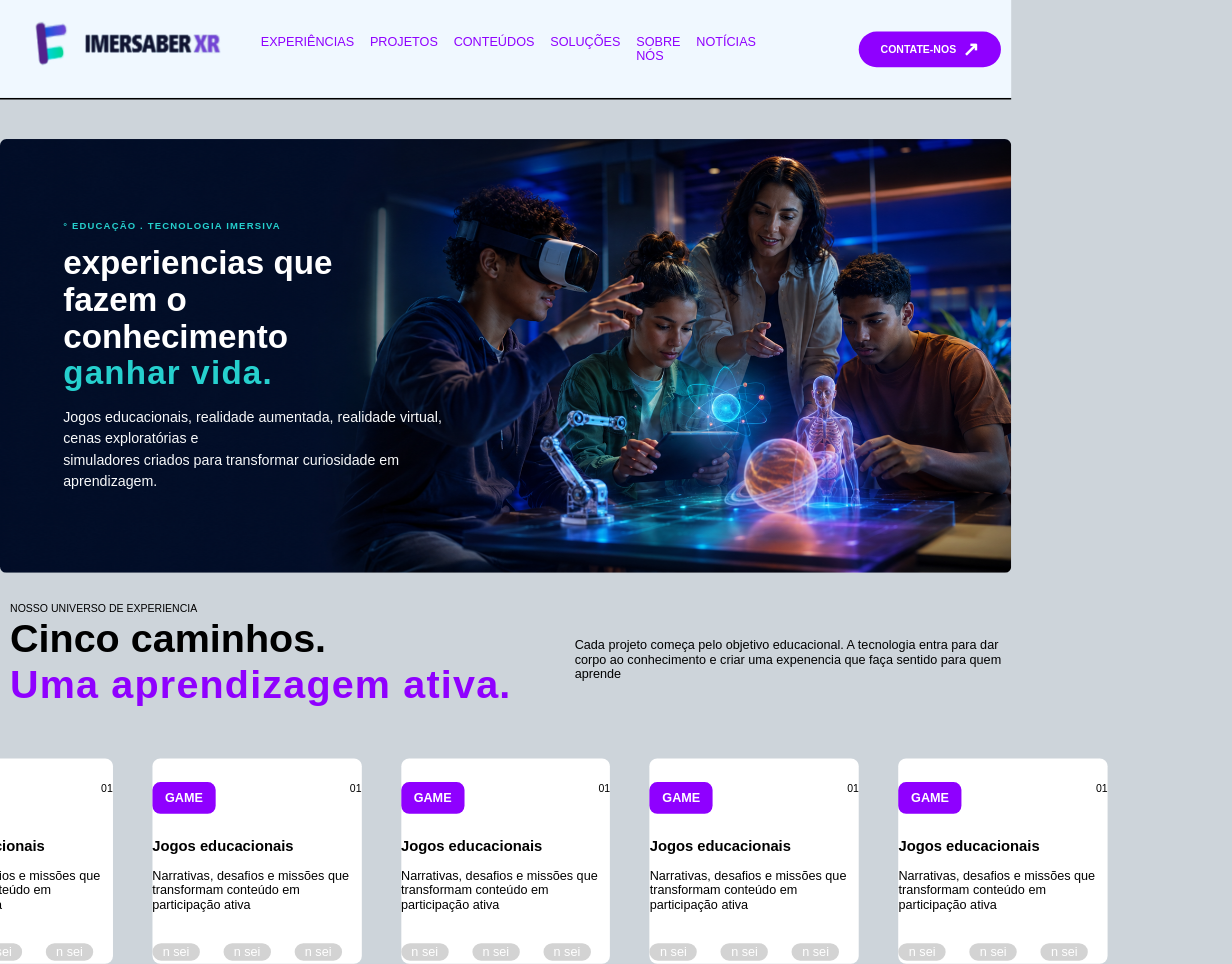
Repository: antonymsantana-design/Avaliacao.Parte.01
Page: html/index.html
These files come from the project's save history. The page is drawn as it stood at one moment and after the next save; the edit follows.
The browser window is 1280 px wide. The page is 1402 px wide, then 1559 px, then 1402 px, so the pictures cover 1559 px, including what lies to the right of the window. The pictures show the whole page, at 79% of full size.

Above is the page before, as saved 2026-08-29 18:30:56.

### html/index.html
<!DOCTYPE html>
<html lang="pt-br">

<head>
    <meta charset="UTF-8">
    <meta name="viewport" content="width=device-width, initial-scale=1.0">
    <title>avaliação </title>
    <link rel="stylesheet" href="../css/Style.css">
</head>
<header>
    <div class="conteudoH" id="conteudoH">
        <div class="imagem" id="imagem">
            <img src="../images/Design sem nome.png" alt="logo" class="logoIMG" id="logoIMG">
        </div>
        <div class="links" id="links">
            <a href="#">EXPERIÊNCIAS</a>
            <a href="#">PROJETOS</a>
            <a href="#">CONTEÚDOS</a>
            <a href="#">SOLUÇÕES</a>
            <a href="#">SOBRE NÓS</a>
            <a href="#">NOTÍCIAS</a>
        </div>
        <div class="btnDiv" id="btnDiv">
            <button class="btn" id="btn">
                <div class="btnTxt" id="btnTxt">
                    <p>CONTATE-NOS</p>
                </div>
                <div class="emoji" id="emoji">
                    <p>↗</p>
                </div>
            </button>
        </div>
    </div>
</header>

<body>


    <div class="conteudoBanner">
        <img src="../images/hero-banner-imersaber.png" alt="banner">
        <div class="txtBanner" id="txtBanner">
            <span>° EDUCAÇÃO . TECNOLOGIA IMERSIVA</span>
            <h1>experiencias que <br> fazem o <br> conhecimento <br> <span class="spn">ganhar vida. </span></h1>
            <p>Jogos educacionais, realidade aumentada, realidade virtual, cenas exploratórias e<br>
                simuladores criados para transformar curiosidade em aprendizagem.</p>
        </div>
    </div>

    <BR></BR>

    <div class="titulo" id="titulo">
        <div class="eTitulo">
            <small>NOSSO UNIVERSO DE EXPERIENCIA</small>
            <h1 class="eH1">Cinco caminhos. <br>
                <span>Uma aprendizagem ativa.</span>
            </h1>
        </div>
        <div class="dTitulo">
            <p>Cada projeto começa pelo objetivo educacional. A tecnologia entra para dar <br> corpo ao conhecimento e
                criar uma expenencia que faça sentido para quem <br> aprende</p>
        </div>
    </div>

    <div class="cards">

        <div class="card1">
            <div class="cima">
                <p>GAME</p>
                <small>01</small>
            </div>
            <div class="meio">
                <h3>
                    Jogos educacionais
                </h3> <br>
                <p>Narrativas, desafios e missões que transformam conteúdo em participação ativa</p>
            </div>
            <div class="baixo">
                <p> n sei</p>
                <p> n sei</p>
                <p> n sei</p>
            </div>
        </div>

        <div class="card1">
            <div class="cima">
                <p>GAME</p>
                <small>01</small>
            </div>
            <div class="meio">
                <h3>
                    Jogos educacionais
                </h3> <br>
                <p>Narrativas, desafios e missões que transformam conteúdo em participação ativa</p>
            </div>
            <div class="baixo">
                <p> n sei</p>
                <p> n sei</p>
                <p> n sei</p>
            </div>
        </div>

        <div class="card1">
            <div class="cima">
                <p>GAME</p>
                <small>01</small>
            </div>
            <div class="meio">
                <h3>
                    Jogos educacionais
                </h3> <br>
                <p>Narrativas, desafios e missões que transformam conteúdo em participação ativa</p>
            </div>
            <div class="baixo">
                <p> n sei</p>
                <p> n sei</p>
                <p> n sei</p>
            </div>
        </div>

        <div class="card1">
            <div class="cima">
                <p>GAME</p>
                <small>01</small>
            </div>
            <div class="meio">
                <h3>
                    Jogos educacionais
                </h3> <br>
                <p>Narrativas, desafios e missões que transformam conteúdo em participação ativa</p>
            </div>
            <div class="baixo">
                <p> n sei</p>
                <p> n sei</p>
                <p> n sei</p>
            </div>
        </div>

        <div class="card1">
            <div class="cima">
                <p>GAME</p>
                <small>01</small>
            </div>
            <div class="meio">
                <h3>
                    Jogos educacionais
                </h3> <br>
                <p>Narrativas, desafios e missões que transformam conteúdo em participação ativa</p>
            </div>
            <div class="baixo">
                <p> n sei</p>
                <p> n sei</p>
                <p> n sei</p>
            </div>
        </div>

    </div>

</body>

</html>

### css/Style.css
* {
    padding: 0px;
    margin: 0px;
    font-family: Arial, Helvetica, sans-serif;
}

body{
    background-color: rgb(205, 212, 218);
}

header {
    background-color: aliceblue;
    border-bottom: 2px solid black;
}

.conteudo {
    margin-top: 5px;
}

.conteudoH {
    display: flex;
    justify-content: space-between;
    padding-right: 100px;
    align-items: center;
}

a {
    text-decoration: none;
    color: #8f00ff;
}

.logoIMG {
    width: 330px;
    height: 120px;
}

.links {
    display: flex;
    gap: 20px;
    justify-content: center;
    padding-right: 130px;
}

.btn {
    display: flex;
    justify-content: center;
    width: 180px;
    height: 45px;
    background-color: #8F00FF;
    font-weight: 800;
    border: none;
    border-radius: 25px;
    color: white;
    align-items: center;
    gap: 8px;
}

.emoji {
    font-size: 25px;
}

/*parte banner*/

.txtBanner p {
    margin: 0;
    font-size: 18px;
    color: #f8f9fa;
}

.conteudoBanner {
    position: relative;
    width: 100%;
    margin: 50px auto 0;
}

.conteudoBanner img {
    width: 100%;
    height: auto;
    display: block;
    border-radius: 8px;
}

.txtBanner {
    position: absolute;
    top: 50%;
    left: 80px;
    color: white;
    transform: translateY(-50%);
    max-width: 500px;
    font-family: sans-serif;
}

span {
    font-size: 12px;
    letter-spacing: 1.5px;
    font-weight: bold;
    color: #26d0ce;
    display: block;
    margin-bottom: 15px;
}

.txtBanner h1 {
    font-size: 42px;
    font-weight: 800;
    line-height: 1.1;
    margin: 0 0 20px 0;
}

.spn {
        font-size: 42px;
    color: #26d0ce;
}

.txtBanner {
    font-size: 14px;
    line-height: 1.5;
}

/*parte 3*/

.titulo{
    display: flex;
    justify-content: center;
    gap: 80px;
    margin-bottom: 50px;
}

.dTitulo{
    display: flex;
    justify-content: center;
    align-items: center;
}

.eH1{
    font-size: 50px;
}

.eH1 span{
    color: #8F00FF;
   font-size: 50px;
}

.card1{
    padding-top: 30px;
    width: 360px;
    height: 230px;
    background-color: white;
    border-radius: 10px;
}

.cima{
    display: flex;
    justify-content: space-around;
    gap: 170px;
    margin-bottom: 30px;
}

.cima p{
    color: white;
    background-color: #8F00FF;
    width: 80px;
    height: 40px;
    border-radius: 10px;
    display: flex;
    justify-content: center;
    align-items: center;
    font-weight: bold;
}

.baixo{
    display: flex;
    justify-content: left;
    align-items: center;
    gap: 30px;
    color: white;
}

.meio{
    margin-bottom: 40px;
}

.baixo p{
    background-color: lightgrey;
    width: 60px;
    height: 22px;
    border-radius: 15px;
     display: flex;
    justify-content: center;
    align-items: center;
}

.cards{
    display: flex;
    justify-content: center;
    gap: 50px;
    warp: wrap;
}

After the next save:
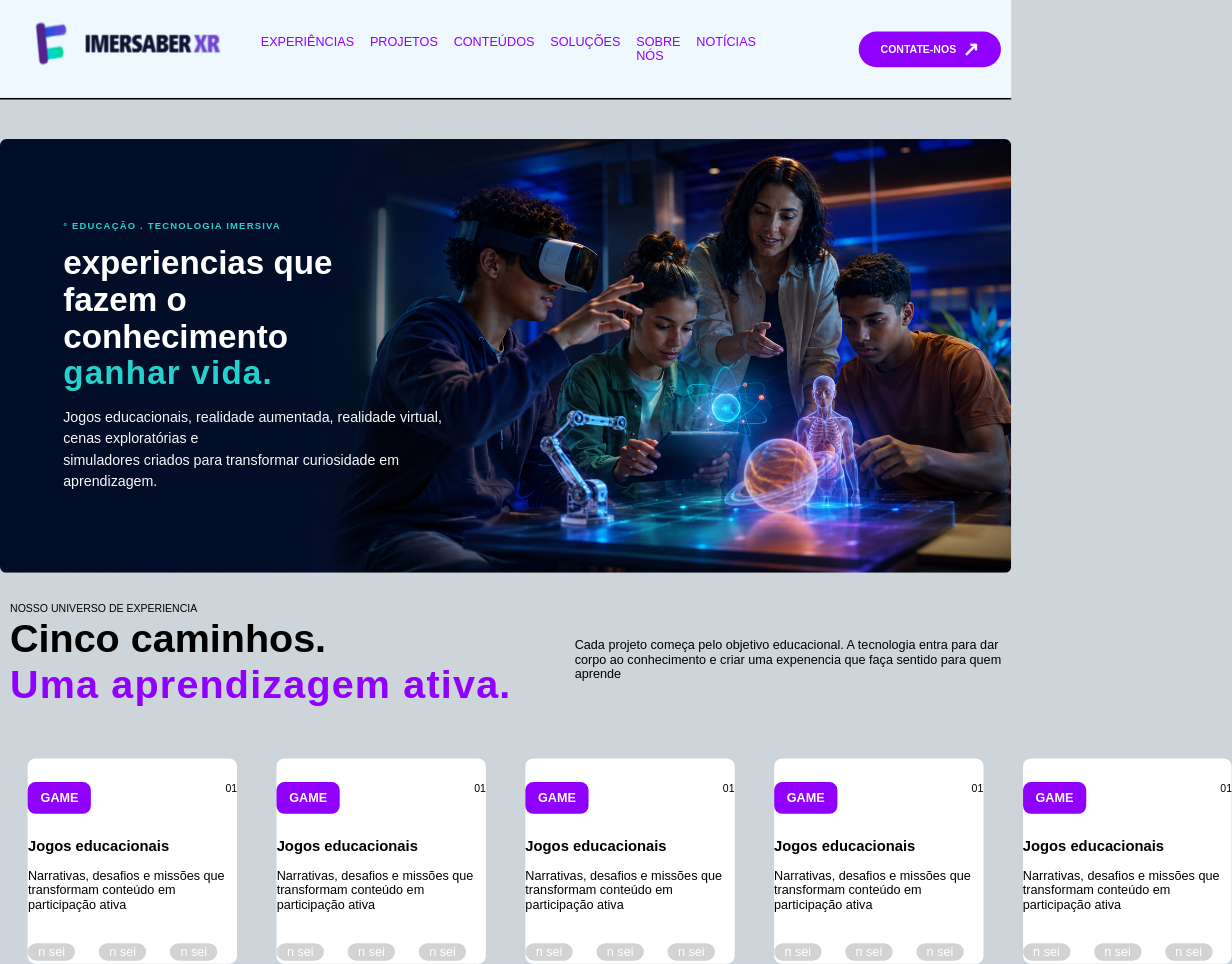
Saved 17 s later.
--- a/html/index.html
+++ b/html/index.html
@@ -153,6 +153,24 @@
             </div>
         </div>
 
+         <div class="card1">
+            <div class="cima">
+                <p>GAME</p>
+                <small>01</small>
+            </div>
+            <div class="meio">
+                <h3>
+                    Jogos educacionais
+                </h3> <br>
+                <p>Narrativas, desafios e missões que transformam conteúdo em participação ativa</p>
+            </div>
+            <div class="baixo">
+                <p> n sei</p>
+                <p> n sei</p>
+                <p> n sei</p>
+            </div>
+        </div>
+
     </div>
 
 </body>

After the 2 saves that followed:
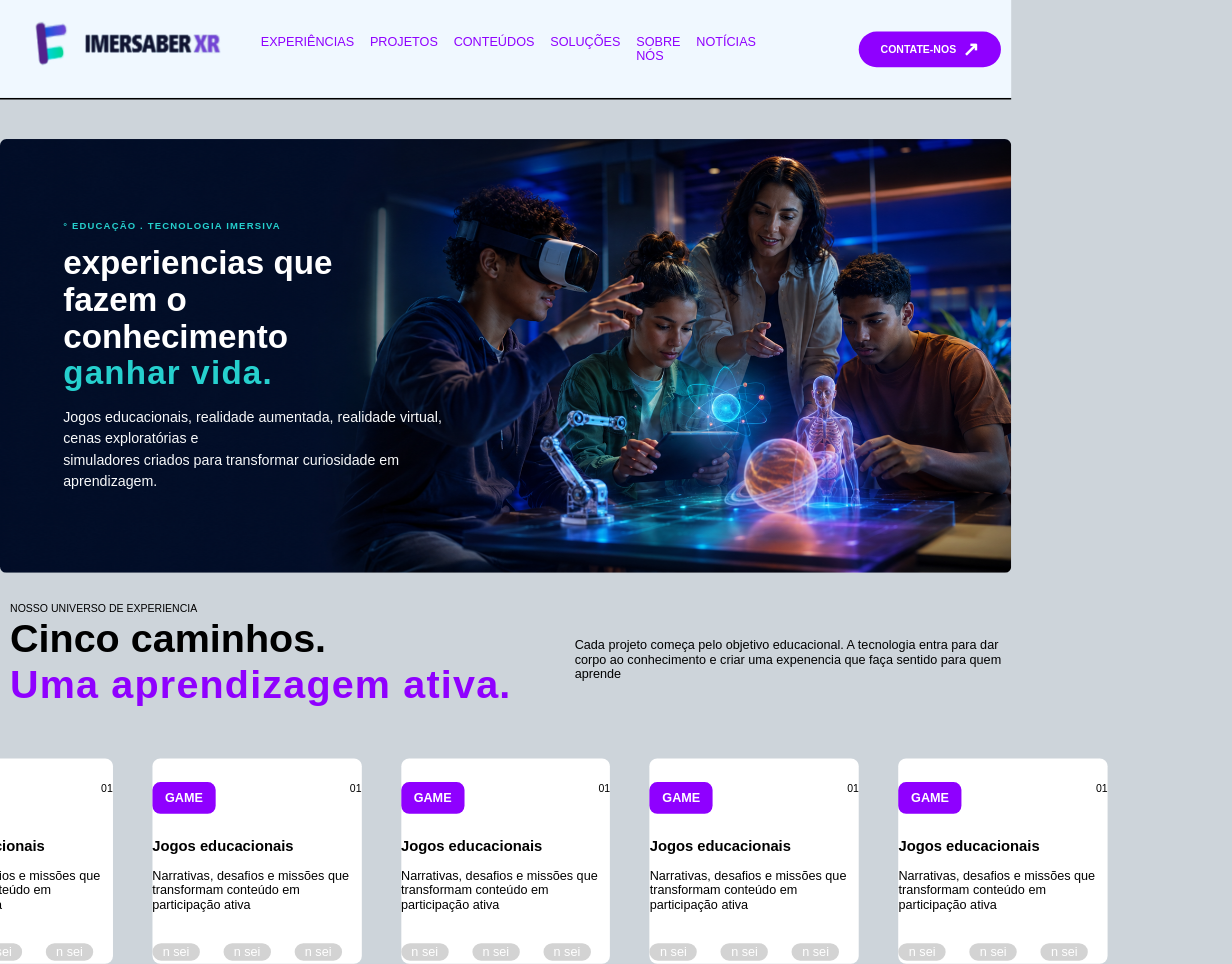
The 2 saves are shown as one change because they came seconds apart.
The last was saved 10 s later.
--- a/html/index.html
+++ b/html/index.html
@@ -153,24 +153,6 @@
             </div>
         </div>
 
-         <div class="card1">
-            <div class="cima">
-                <p>GAME</p>
-                <small>01</small>
-            </div>
-            <div class="meio">
-                <h3>
-                    Jogos educacionais
-                </h3> <br>
-                <p>Narrativas, desafios e missões que transformam conteúdo em participação ativa</p>
-            </div>
-            <div class="baixo">
-                <p> n sei</p>
-                <p> n sei</p>
-                <p> n sei</p>
-            </div>
-        </div>
-
     </div>
 
 </body>
